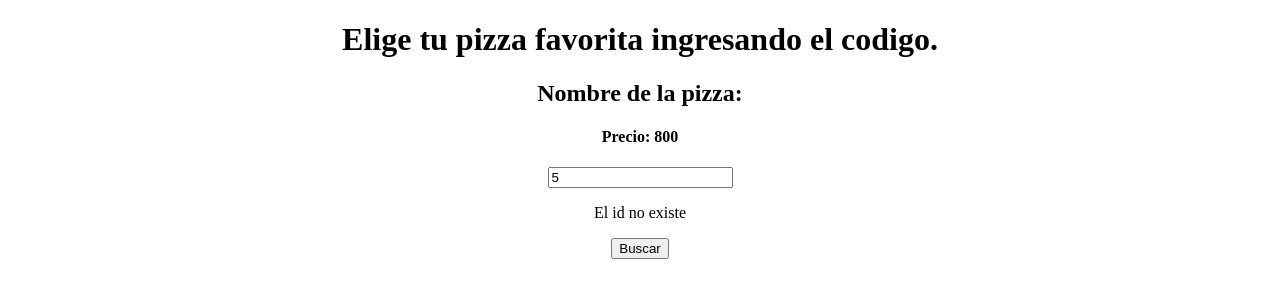
Repository: lucas-itup/E1-JAVASCRIPT
Page: index.html
The author's editor kept a copy of each file at every save. The page is drawn from the files as they stood at one save, then again after the next save.
The browser window is 1280 px wide. The pictures show the whole page.
Empty fields were first filled with sample values (such as "Sample", 5 or name@example.com).
After loading, the first visible `button` was clicked once.

Above is the page before, as saved 2022-09-11 21:27:37.

### index.html
<!DOCTYPE html>
<html lang="en">

<head>
    <meta charset="UTF-8">
    <meta http-equiv="X-UA-Compatible" content="IE=edge">
    <meta name="viewport" content="width=device-width, initial-scale=1.0">

    <title>E1-JAVASCRIPT</title>
</head>

<body>
    <div id="listado-pizzas" style="text-align: center;">
        <div>
            <h1>Elige tu pizza favorita ingresando el codigo.</h1>

            <h2>Nombre de la pizza: <span id="nombre-pizza"> </span></h2>
            <h4>Precio: <span id="precio-pizza"></span></h4>
        </div>
        <div>
            <input type="number" value="" id="value-id">
            <p id="input-vacio"> </p>
            <button onclick="buscarPizza()" type="button">Buscar</button>
        </div>
    </div>
    <script src="/assets/index.js"></script>
</body>

</html>

### assets/index.js
let pizza1 = {
    id: '1',
    nombre: 'Muzarella',
    ingredientes: [
        'tomate', 'muzarella', 'oregano'
    ],
    precio: '600'
}
let pizza2 = {
    id: '2',
    nombre: 'Napolitana',
    ingredientes: [
        'jamon', 'huevo', 'queso'
    ],
    precio: '300'
}
let pizza3 = {
    id: '3',
    nombre: 'Americana',
    ingredientes: [
        'huevoFrito', 'peperoni', 'roquefort'
    ],
    precio: '200'
}
let pizza4 = {
    id: '4',
    nombre: 'Rucula',
    ingredientes: [
        'verduras', 'palmito', 'especias'
    ],
    precio: '500'
}
let pizza5 = {
    id: '5',
    nombre: 'Especial',
    ingredientes: [
        'salsa', 'harina', 'crema'
    ],
    precio: '800'
}
let pizza6 = {
    id: '6',
    nombre: 'DE_LA_CASA',
    ingredientes: [
        'anchoas', 'pimientos', 'hongos'
    ],
    precio: '900'
}

let pizzas = [pizza1, pizza2, pizza3, pizza4, pizza5, pizza6]
let listado = document.getElementById('listado-pizzas');

const buscarPizza = () => {
    let valueid = document.getElementById('value-id').value;
    var precioPizza = document.getElementById('precio-pizza');
    var inputVacio = document.getElementById('input-vacio')
    inputVacio.textContent = "";

    validarInputBlanco(valueid, inputVacio)

    var found = pizzas.find(function(post, index) {
        inputVacio.textContent = ""
        if (post.id == valueid)
            precioPizza.textContent = post.precio;


    });
    console.log(found)
    console.log(validarInputBlanco(valueid, inputVacio))
    if (found == undefined && validarInputBlanco(valueid, inputVacio) == undefined) {
        inputVacio.textContent = "El id no existe"
    }
}

const validarInputBlanco = (valueid, inputVacio, post) => {
    if (valueid == "") return inputVacio.textContent = "Debes ingresar un valor numerico"
}

After the next save:
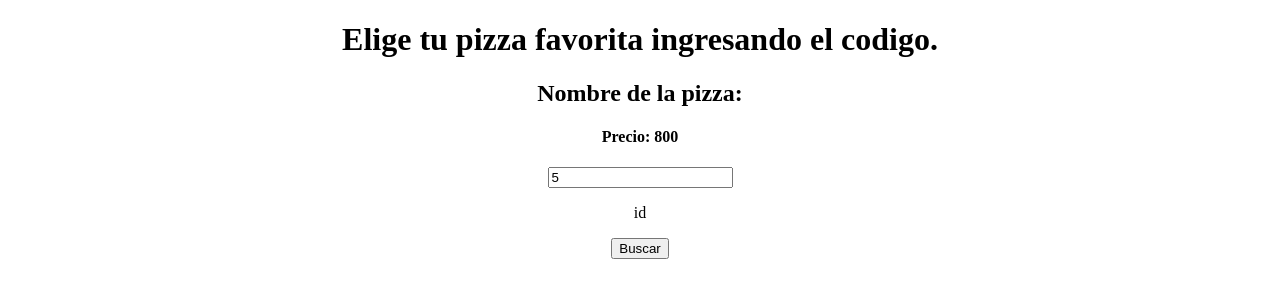
Saved 2 min 57 s later.
--- a/assets/index.js
+++ b/assets/index.js
@@ -67,11 +67,13 @@ const buscarPizza = () => {
     });
     console.log(found)
     console.log(validarInputBlanco(valueid, inputVacio))
-    if (found == undefined && validarInputBlanco(valueid, inputVacio) == undefined) {
-        inputVacio.textContent = "El id no existe"
+    if (found == undefined) {
+        validarInputBlanco(valueid, inputVacio, found)
     }
 }
 
-const validarInputBlanco = (valueid, inputVacio, post) => {
+const validarInputBlanco = (valueid, inputVacio, found) => {
     if (valueid == "") return inputVacio.textContent = "Debes ingresar un valor numerico"
+
+    if (found == undefined) return inputVacio.textContent = "id"
 }
